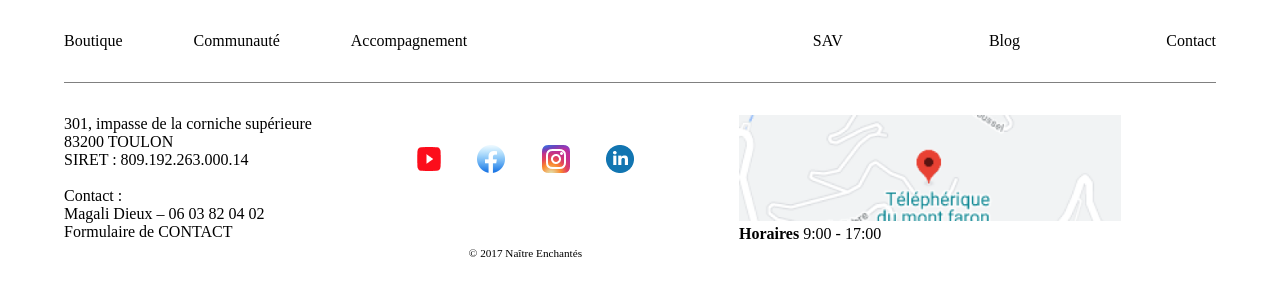
Repository: Khadija-Asa/naitre-enchantes
Page: footer.html
The author's editor kept a copy of each file at every save. The page is drawn from the files as they stood at one save, then again after the next save.
The browser window is 1280 px wide. The pictures show the whole page.

Above is the page before, as saved 2020-11-24 23:27:10.

### footer.html
<!DOCTYPE html>
<html lang="en">
<head>
    <meta charset="UTF-8">
    <meta name="viewport" content="width=device-width, initial-scale=1.0">
    <title>naître enchantés</title>
    <link rel="stylesheet" href="footer.css">
</head>
<body>
    <footer>
        <div class="footer_top">
            <ul class="top_left">
                <li>Boutique</li>
                <li>Communauté</li>
                <li>Accompagnement</li>
            </ul>
            <ul class="top_right">
                <li>SAV</li>
                <li>Blog</li>
                <li>Contact</li>
            </ul>
        </div>
        <div class="footer_bottom">
            <div class="bottom_left">
                <p>301, impasse de la corniche supérieure <br>
                    83200 TOULON <br>
                    SIRET : 809.192.263.000.14 <br><br>

                    Contact : <br>
                    Magali Dieux – 06 03 82 04 02 <br>
                    Formulaire de CONTACT</p>
            </div>
            <div class="bottom_middle">
                <ul>
                    <li><a href=""><img src="img/youtube.png" alt="icon" class="icon_footer"></a></li>
                    <li><a href=""><img src="img/Group 1.png" alt="icon" class="icon_footer"></a></li>
                    <li><a href=""><img src="img/instagram.png" alt="icon" class="icon_footer"></a></li>
                    <li><a href=""><img src="img/linkedin.png" alt="icon" class="icon_footer"></a></li>
                </ul>
                <p> © 2017 Naître Enchantés</p>
            </div>
            <div class="bottom_right">
                <img src="img/Rectangle 38.png" alt="google map">
                <p> <b> Horaires </b> 9:00 - 17:00</p>
            </div>
        </div>
    </footer>
</body>
</html>

### footer.css
* {
    margin: 0;
    padding: 0;
    font-family: ;
}
footer {
    margin: 2em 5% 0;
}
.footer_top {
    display: flex;
    justify-content: space-between;
    flex-wrap: wrap;
    align-items: center;
    margin: 2em auto;
    padding-bottom: 2em;
    border-bottom: solid 1px gray;
}

.top_left,
.top_right {
    display: flex;
    justify-content: space-between;
    flex-wrap: wrap;
    align-items: center;
    list-style: none;
    width: 35%;
}

.footer_bottom {
    display: flex;
    justify-content: space-between;
    flex-wrap: wrap;
}
.footer_bottom ul {
    list-style: none;
    display: flex;
    justify-content: space-around;
    flex-wrap: wrap;
    align-items: center;
    margin: 1.5em auto 4em;
}
.footer_bottom li a {
    color: black;
    text-decoration: none;
}

.bottom_middle {
    width: 22%;
}
.bottom_middle p {
    font-size: .7em;
    text-align: center;
}
.bottom_right img{
    width: 80%;
}

After the next save:
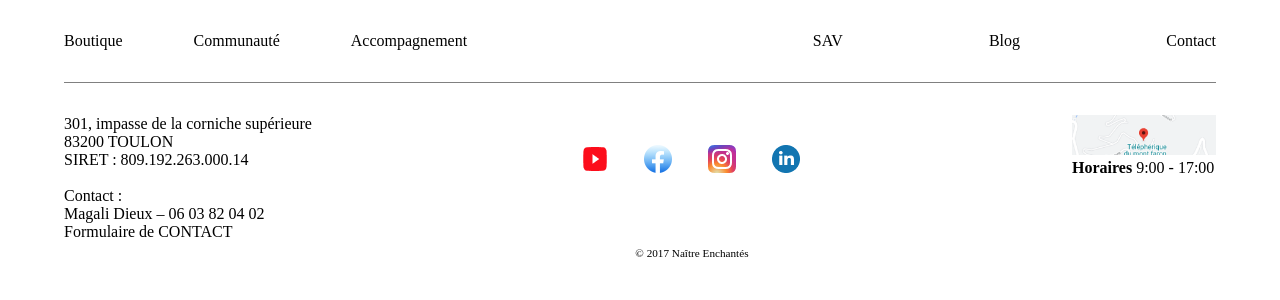
Saved 17 s later.
--- a/footer.css
+++ b/footer.css
@@ -52,5 +52,5 @@
     text-align: center;
 }
 .bottom_right img{
-    width: 80%;
+    width: 9em;
 }
